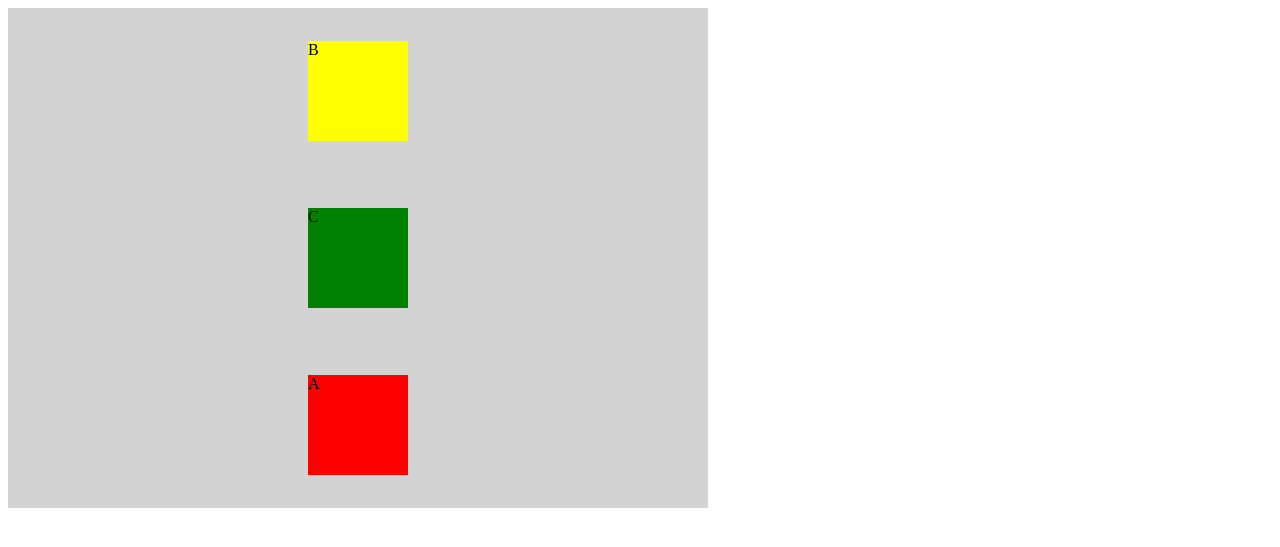
Repository: 4forces/HTML-CSS-LESSON
Page: postion.html
The author's editor kept a record of every edit. The page is drawn from the files as they stood at one moment, then again after the next edit.
The browser window is 1280 px wide. The pictures show the whole page.

Above is the page before.

### postion.html
<!DOCTYPE html>
<html lang="en">
<head>
    <meta charset="UTF-8">
    <meta name="viewport" content="width=device-width, initial-scale=1.0">
    <meta http-equiv="X-UA-Compatible" content="ie=edge">
    <title>Document</title>
    <style>
        .outer-box{
            height:500px;
            width:700px;
            background : lightgrey;
            display : flex;
            justify-content: space-around;
            align-items: center;
            flex-direction:column;
        }
        .boxa{
            height:100px;
            width:100px;
            order:2;

        }
        .boxb{
            height:100px;
            width:100px;
        }
        .boxc{
            height:100px;
            width:100px;
            order : 1;

        }
    </style>
</head>
<body>
    <div class="outer-box">
        <div class="boxa" style='background:red'>A</div>
        <div class="boxb" style='background:yellow'>B</div>
        <div class="boxc" style='background:green'>C</div>
    </div>
</body>
</html>

After the next edit:
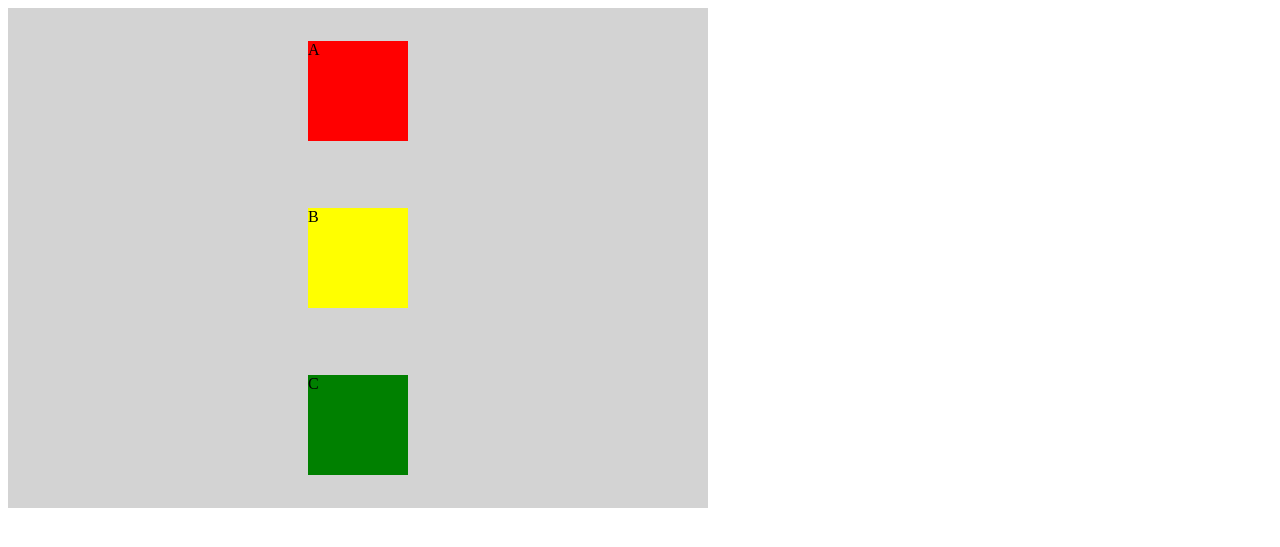
The edit:
--- a/postion.html
+++ b/postion.html
@@ -18,7 +18,6 @@
         .boxa{
             height:100px;
             width:100px;
-            order:2;
 
         }
         .boxb{
